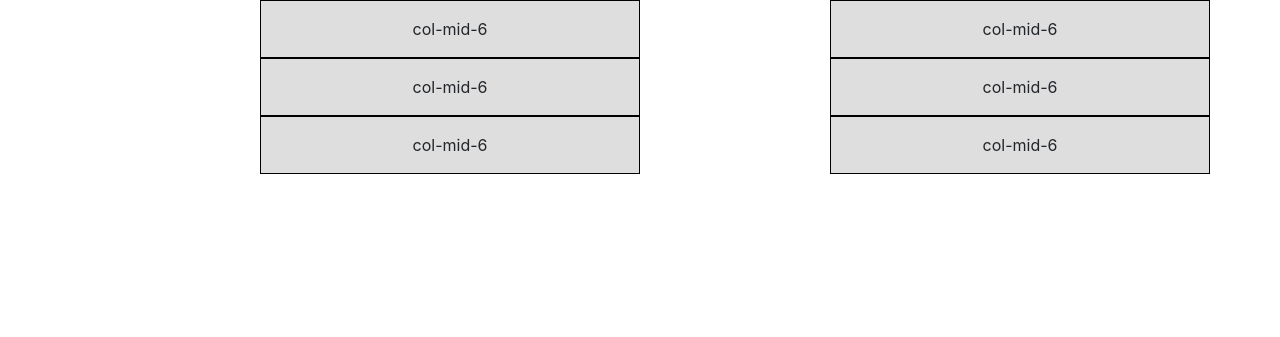
Repository: Naonaka-Saino/first-git
Page: lesson-bootstrap/index.html
The author's editor kept a record of every edit. The page is drawn from the files as they stood at one moment, then again after the next edit.
The browser window is 1280 px wide. The pictures show the whole page.
Some web libraries are served in a nearby version.

Above is the page before.

After the next edit:
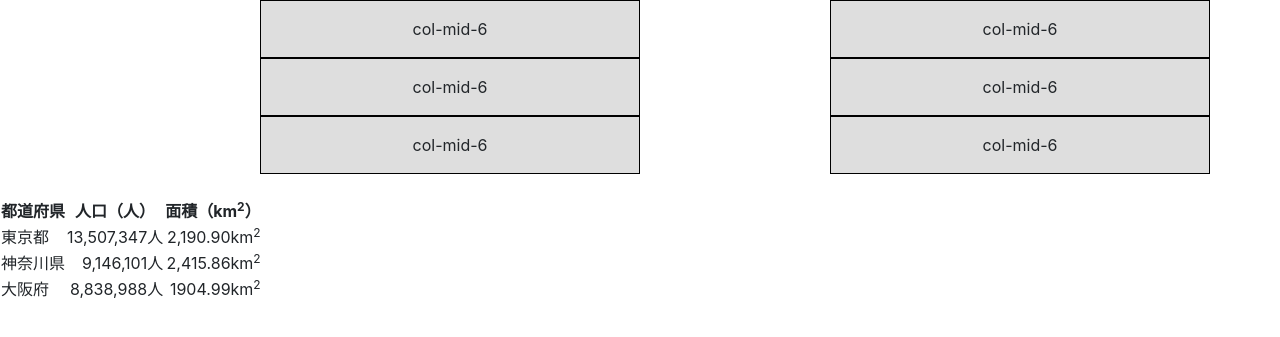
The edit:
--- a/lesson-bootstrap/index.html
+++ b/lesson-bootstrap/index.html
@@ -30,6 +30,30 @@
                 <div class="col-6 col-sm-6 offset-md-2 col-md-2 col-lg-4">col-mid-6</div>
             </div>
         </div>
+        <br>
+
+        <table class="">
+    <tr>
+        <th class="text-center">都道府県</th>
+        <th class="text-center">人口（人）</th>
+        <th class="text-center">面積（km<sup>2</sup>）</th>
+    </tr>
+    <tr>
+        <td>東京都</td>
+        <td class="text-right">13,507,347人</td>
+        <td class="text-right">2,190.90km<sup>2</sup></td>
+    </tr>
+    <tr>
+        <td>神奈川県</td>
+        <td class="text-right">9,146,101人</td>
+        <td class="text-right">2,415.86km<sup>2</sup></td>
+    </tr>
+    <tr>
+        <td>大阪府</td>
+        <td class="text-right">8,838,988人</td>
+        <td class="text-right">1904.99km<sup>2</sup></td>
+    </tr>
+</table>
 
         <!-- Optional JavaScript -->
         <!-- jQuery first, then Popper.js, then Bootstrap JS, then Font Awesome -->
